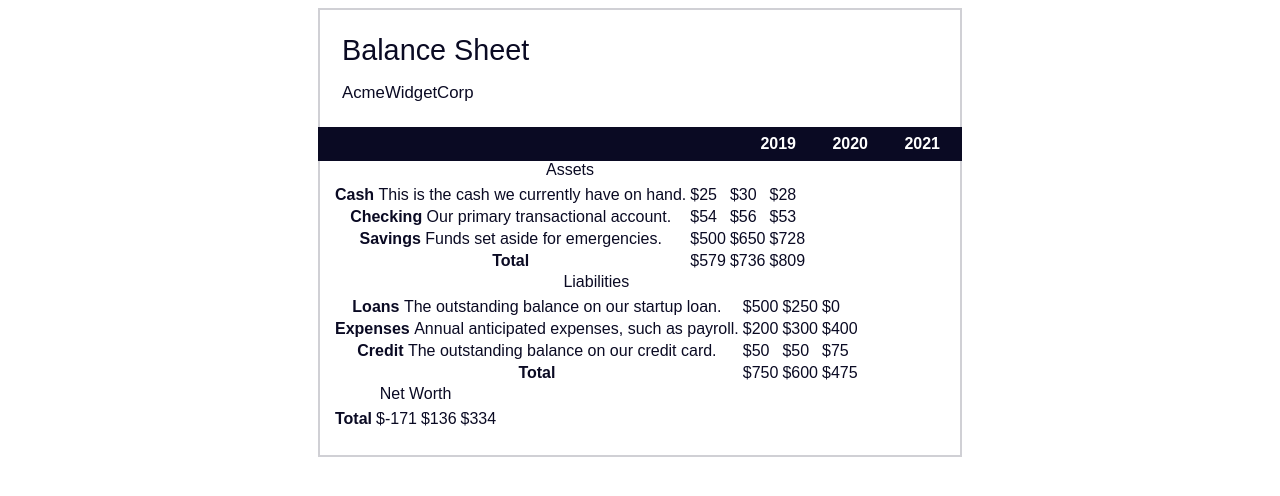
Repository: cipdanila/freeCodeCamp
Page: BalanceSheet/index.html
These files come from the project's save history. The page is drawn as it stood at one moment and after the next save; the edit follows.
The browser window is 1280 px wide. The pictures show the whole page.

Above is the page before, as saved 2023-10-19 19:30:11.

After the next save:
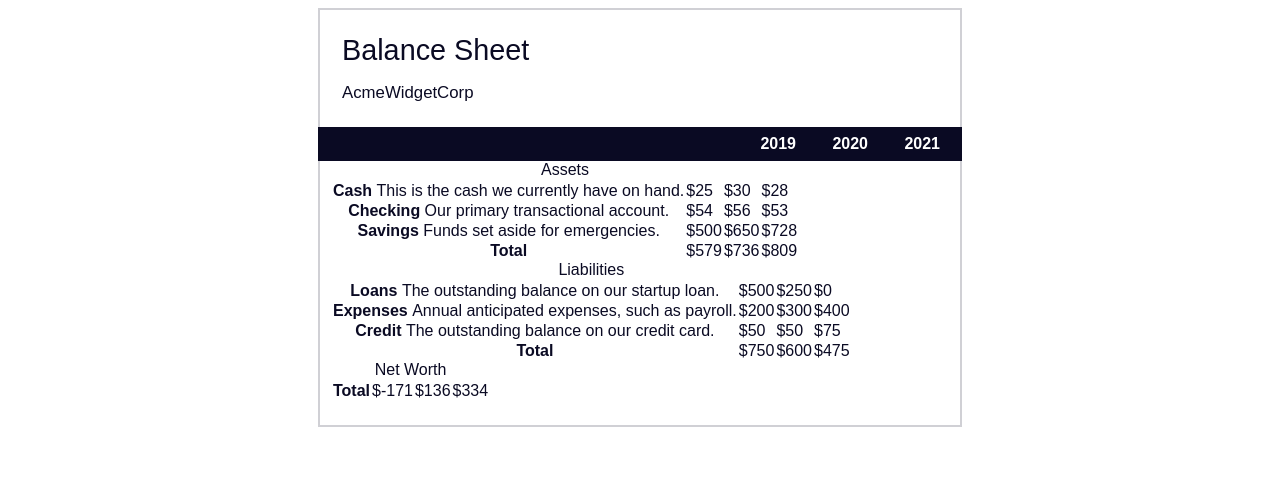
Saved 54 s later.
--- a/BalanceSheet/styles.css
+++ b/BalanceSheet/styles.css
@@ -72,3 +72,7 @@
 span {
     font-weight: normal;
 }
+
+table {
+    border-collapse: collapse;
+}
